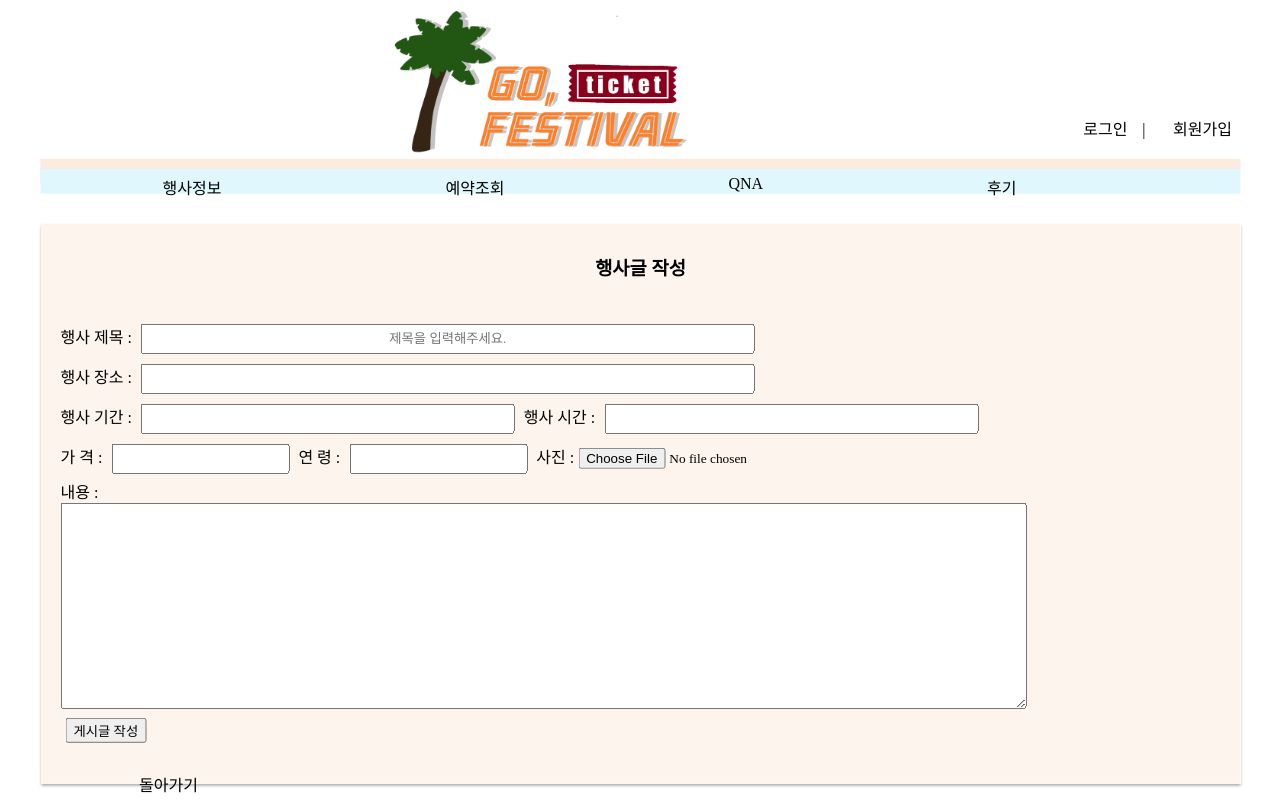
Repository: Changgyu1/Chang_Gu
Page: http://localhost/Project/Event_add.jsp
These files come from the project's save history. The page is drawn as it stood at one moment and after the next save; the edit follows.
The browser window is 1280 px wide. The pictures show the whole page.
Some web fonts or font styles are not loaded; a fallback is used. The page is served by Tomcat 9.

Above is the page before, as saved 2023-11-14 05:16:23.

After the next save:
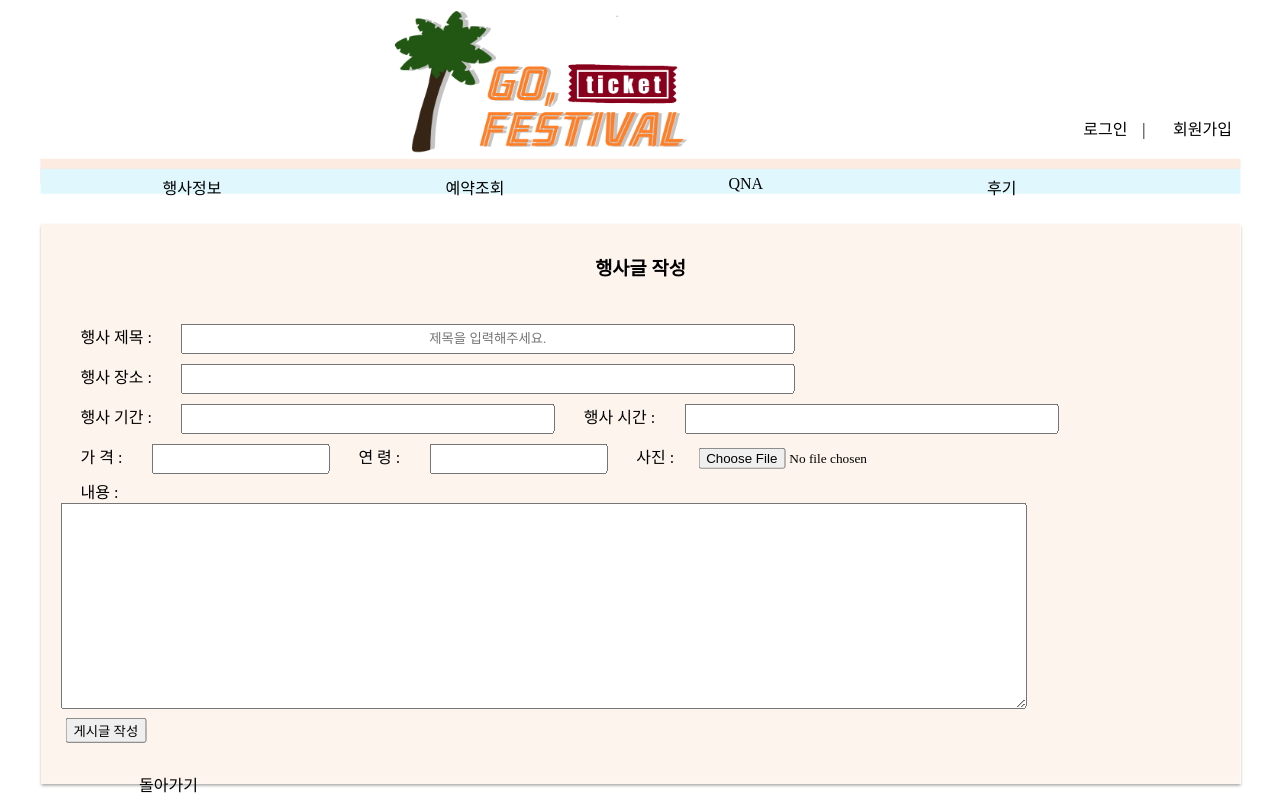
Saved 10 s later.
--- a/Project/src/main/webapp/Event_add.jsp
+++ b/Project/src/main/webapp/Event_add.jsp
@@ -34,7 +34,7 @@
         .sel{
             margin: 5px;
         }
-        lable{
+        label{
         margin: 10px;
         padding: 10px;
         }
